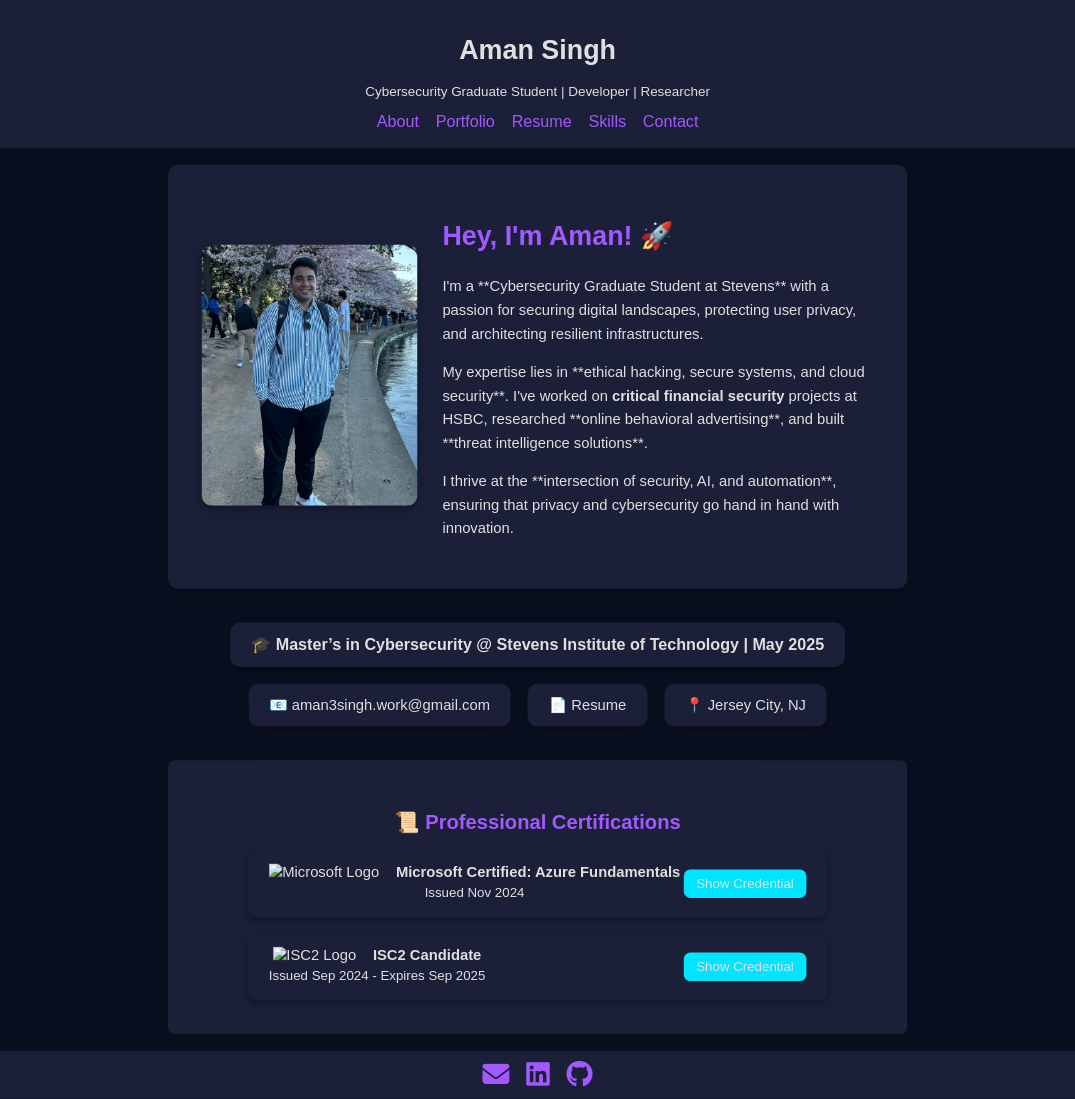
Repository: aman3singh/portfolio
Page: index.html
These files come from the project's save history. The page is drawn as it stood at one moment and after the next save; the edit follows.
The browser window is 1280 px wide. The pictures show the whole page, at 84% of full size.

Above is the page before, as saved 2025-02-11 22:31:26.
Not found: isc2_logo.png
Not found: microsoft_logo.png

### index.html
<!DOCTYPE html>
<html lang="en">
<head>
    <meta charset="UTF-8">
    <meta name="viewport" content="width=device-width, initial-scale=1.0">
    <title>Aman Singh | Cybersecurity Portfolio</title>
    <link rel="stylesheet" href="styles.css">
    <link rel="stylesheet" href="https://cdnjs.cloudflare.com/ajax/libs/font-awesome/6.4.2/css/all.min.css">
</head>
<body>
    <header>
        <h1>Aman Singh</h1>
        <p>Cybersecurity Graduate Student | Developer | Researcher</p>
        <nav>
            <a href="#about">About</a>
            <a href="portfolio.html">Portfolio</a>
            <a href="resume.html">Resume</a>
            <a href="#skills">Skills</a>
            <a href="#contact">Contact</a>
        </nav>
    </header>

    <section id="about" style="display: flex; align-items: center; gap: 30px; padding: 40px;">
        <div style="flex: 1; text-align: center;">
            <img src="Aman.jpg" alt="Aman Singh" style="width: 100%; max-width: 300px; border-radius: 12px; box-shadow: 0px 4px 10px rgba(0, 0, 0, 0.3);">
        </div>
        <div style="flex: 2;">
            <h2 style="color: #A259FF;">Hey, I'm Aman! 🚀</h2>
            <p>
                I'm a **Cybersecurity Graduate Student at Stevens** with a passion for securing digital landscapes, protecting user privacy, and architecting resilient infrastructures.
            </p>
            <p>
                My expertise lies in **ethical hacking, secure systems, and cloud security**. I've worked on <b>critical financial security</b> projects at HSBC, researched **online behavioral advertising**, and built **threat intelligence solutions**.
            </p>
            <p>
                I thrive at the **intersection of security, AI, and automation**, ensuring that privacy and cybersecurity go hand in hand with innovation.
            </p>
        </div>
    </section>

    <div style="display: flex; flex-direction: column; align-items: center; text-align: center; gap: 20px; padding: 20px;">
        <div style="background-color: #1B1F38; padding: 15px 25px; border-radius: 12px; font-size: 1.2em; box-shadow: 0px 4px 10px rgba(0, 0, 0, 0.3);">
            🎓 <b>Master’s in Cybersecurity @ Stevens Institute of Technology | May 2025</b>
        </div>
        <div style="display: flex; gap: 20px;">
            <div style="background-color: #1B1F38; padding: 15px 25px; border-radius: 12px; font-size: 1.1em; box-shadow: 0px 4px 10px rgba(0, 0, 0, 0.3);">
                📧 <a href="mailto:aman3singh.work@gmail.com" style="color: #E0E0E0; text-decoration: none;">aman3singh.work@gmail.com</a>
            </div>
            <div style="background-color: #1B1F38; padding: 15px 25px; border-radius: 12px; font-size: 1.1em; box-shadow: 0px 4px 10px rgba(0, 0, 0, 0.3);">
                📄 <a href="resume.html" style="color: #E0E0E0; text-decoration: none;">Resume</a>
            </div>
            <div style="background-color: #1B1F38; padding: 15px 25px; border-radius: 12px; font-size: 1.1em; box-shadow: 0px 4px 10px rgba(0, 0, 0, 0.3);">
                📍 Jersey City, NJ
            </div>
        </div>
    </div>

    <section id="certifications" style="padding: 40px; text-align: center;">
        <h2 style="color: #A259FF;">📜 Professional Certifications</h2>
        <div style="display: flex; flex-direction: column; align-items: center; gap: 20px;">
            <div style="background-color: #1B1F38; padding: 15px 25px; border-radius: 12px; font-size: 1.1em; width: 80%; display: flex; align-items: center; justify-content: space-between; box-shadow: 0px 4px 10px rgba(0, 0, 0, 0.3);">
                <div>
                    <img src="microsoft_logo.png" alt="Microsoft Logo" style="height: 40px; margin-right: 15px;">
                    <b>Microsoft Certified: Azure Fundamentals</b>
                    <p style="margin: 5px 0; font-size: 0.9em;">Issued Nov 2024</p>
                </div>
                <a href="https://learn.microsoft.com/en-us/users/amansingh-1923/credentials/2ef5697650f7d138?ref=https%3A%2F%2Fwww.linkedin.com%2F" target="_blank" style="color: #E0E0E0; text-decoration: none; background-color: #00E5FF; padding: 8px 15px; border-radius: 8px; font-size: 0.9em;">Show Credential</a>
            </div>
            <div style="background-color: #1B1F38; padding: 15px 25px; border-radius: 12px; font-size: 1.1em; width: 80%; display: flex; align-items: center; justify-content: space-between; box-shadow: 0px 4px 10px rgba(0, 0, 0, 0.3);">
                <div>
                    <img src="isc2_logo.png" alt="ISC2 Logo" style="height: 40px; margin-right: 15px;">
                    <b>ISC2 Candidate</b>
                    <p style="margin: 5px 0; font-size: 0.9em;">Issued Sep 2024 - Expires Sep 2025</p>
                </div>
                <a href="https://www.credly.com/badges/34d270c8-7299-4ed3-a625-0a13da7394b7/linked_in_profile" target="_blank" style="color: #E0E0E0; text-decoration: none; background-color: #00E5FF; padding: 8px 15px; border-radius: 8px; font-size: 0.9em;">Show Credential</a>
            </div>
        </div>
    </section>

    <footer>
            <div class="social-links" style="display: flex; gap: 20px; font-size: 2rem;">
                <a href="mailto:aman3singh.work@gmail.com" target="_blank">
                    <i class="fa-solid fa-envelope"></i>
                </a>
                <a href="https://www.linkedin.com/in/aman-singh7/" target="_blank">
                    <i class="fa-brands fa-linkedin"></i>
                </a>
                <a href="https://github.com/aman3singh" target="_blank">
                    <i class="fa-brands fa-github"></i>
                </a>
            </div>
    </footer>
</body>
</html>

### styles.css
body {
    font-family: 'Arial', sans-serif;
    margin: 0;
    padding: 0;
    background-color: #0A0F1F;
    color: #E0E0E0;
}

header {
    background-color: #1B1F38;
    color: 	#E0E0E0;
    text-align: center;
    padding: 20px;
}

nav {
    display: flex;
    justify-content: center;
    gap: 20px;
}

nav a {
    color: #A259FF;
    text-decoration: none;
    font-size: 1.2em;
    transition: color 0.3s;
}

nav a:hover {
    color: #00E5FF;
}

section {
    padding: 20px;
    margin: 20px auto;
    max-width: 800px;
    background: #1B1F38;
    box-shadow: 0px 4px 6px rgba(0, 0, 0, 0.1);
    border-radius: 8px;
}

h2 {
    color: #A259FF;
}
#about {
    display: flex;
    align-items: center;
    gap: 30px;
    padding: 40px;
    background-color: #1B1F38;
    border-radius: 12px;
    box-shadow: 0px 4px 10px rgba(0, 0, 0, 0.3);
}

#about img {
    width: 100%;
    max-width: 300px;
    border-radius: 12px;
    box-shadow: 0px 4px 10px rgba(0, 0, 0, 0.3);
}

#about h2 {
    color: #A259FF;
    font-size: 2em;
}

#about p {
    color: #E0E0E0;
    font-size: 1.1em;
    line-height: 1.6;
}
#resume-container {
    display: flex;
    justify-content: center;
    align-items: center;
    min-height: 100vh;
    background-color: #0A0F1F; /* Match with your theme */
    padding-bottom: 0; /* Ensures no extra padding */
    overflow: hidden; /* Prevents extra scrolling */
}

#resume-container iframe {
    width: 80%;
    height: 100vh; /* Make it take full viewport height */
    border: none;
    background-color: transparent;
}

.project {
    border-left: 4px solid #A259FF;
    padding-left: 10px;
    margin-bottom: 15px;
}

.social-links {
    display: flex;
    justify-content: center;
    gap: 15px;
    font-size: 2rem;
}

.social-links a {
    color: #A259FF;
    transition: color 0.3s;
}

.social-links a:hover {
    color: #00E5FF;
}

footer {
    text-align: center;
    padding: 10px;
    background-color: #1B1F38;
    color: #E0E0E0;
}

After the next save:
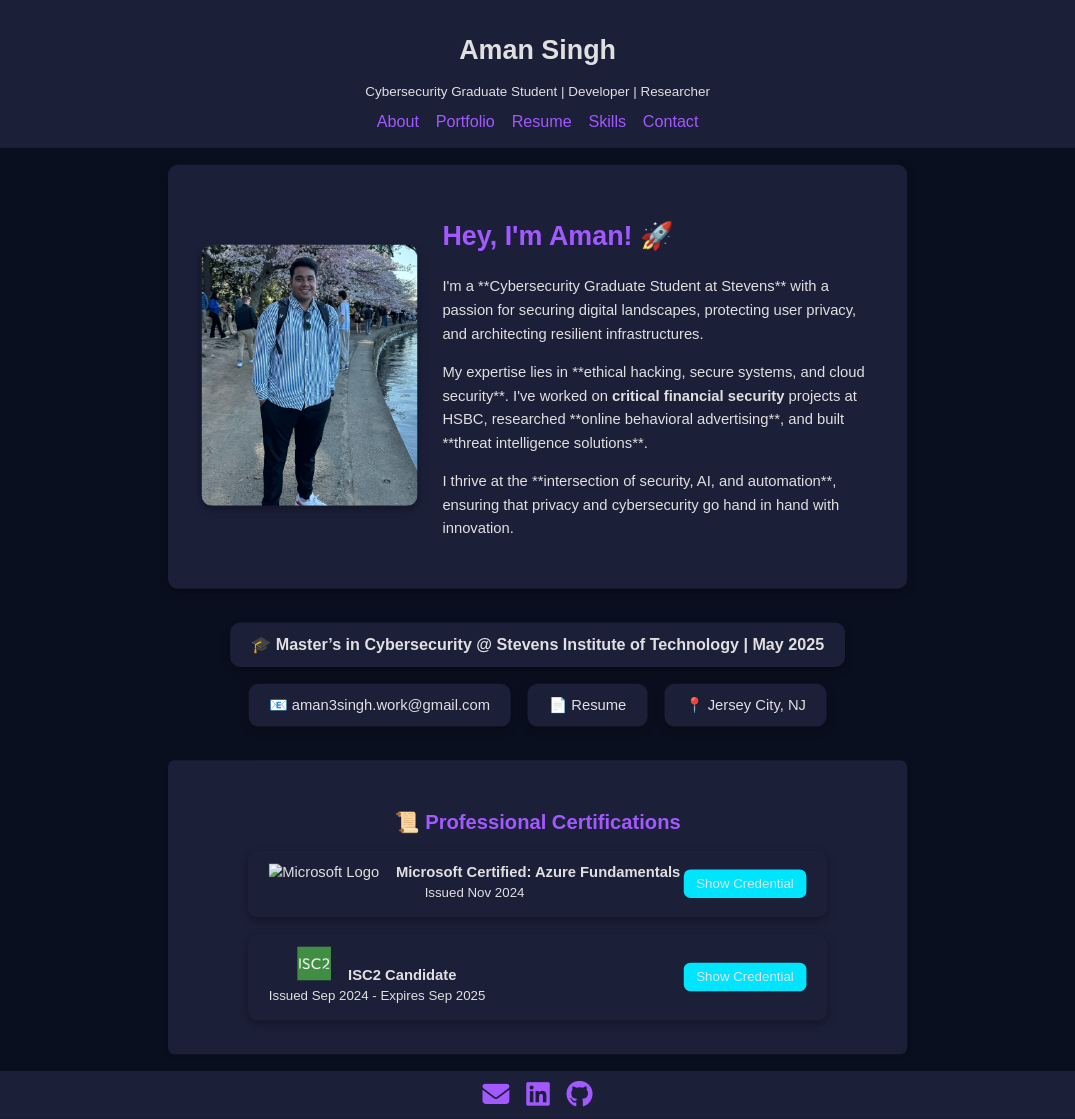
Saved 3 min 18 s later.
--- a/index.html
+++ b/index.html
@@ -68,7 +68,7 @@
             </div>
             <div style="background-color: #1B1F38; padding: 15px 25px; border-radius: 12px; font-size: 1.1em; width: 80%; display: flex; align-items: center; justify-content: space-between; box-shadow: 0px 4px 10px rgba(0, 0, 0, 0.3);">
                 <div>
-                    <img src="isc2_logo.png" alt="ISC2 Logo" style="height: 40px; margin-right: 15px;">
+                    <img src="isc2_logo.jpg" alt="ISC2 Logo" style="height: 40px; margin-right: 15px;">
                     <b>ISC2 Candidate</b>
                     <p style="margin: 5px 0; font-size: 0.9em;">Issued Sep 2024 - Expires Sep 2025</p>
                 </div>
